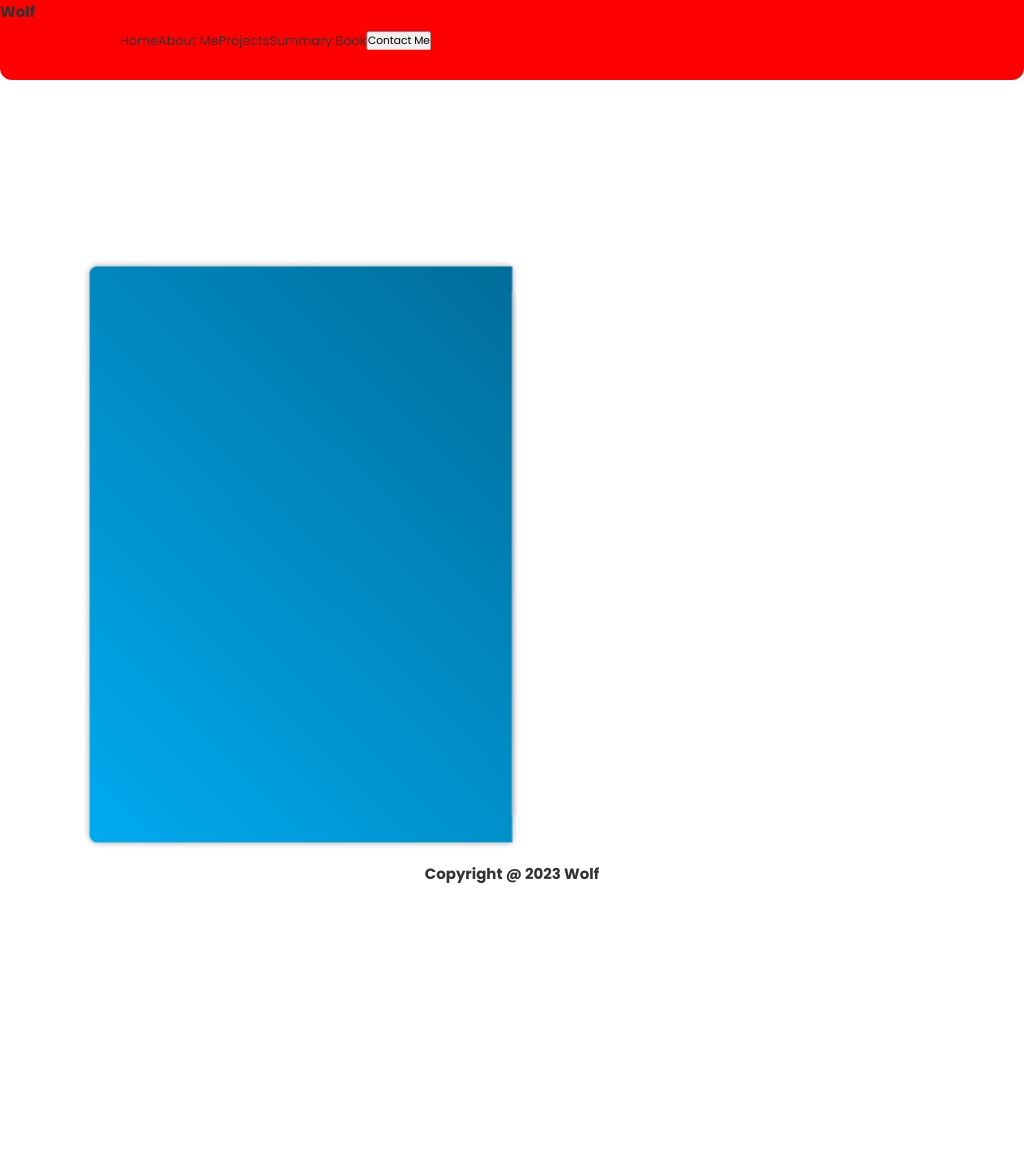
Repository: Ego-Wolf/Portfolio
Page: index.html
The author's editor kept a copy of each file at every save. The page is drawn from the files as they stood at one save, then again after the next save.
The browser window is 1280 px wide. The pictures show the whole page, at 80% of full size.
Pictures or frames that could not be fetched are drawn as grey boxes.

Above is the page before, as saved 2023-12-14 16:32:30.

After the next save:
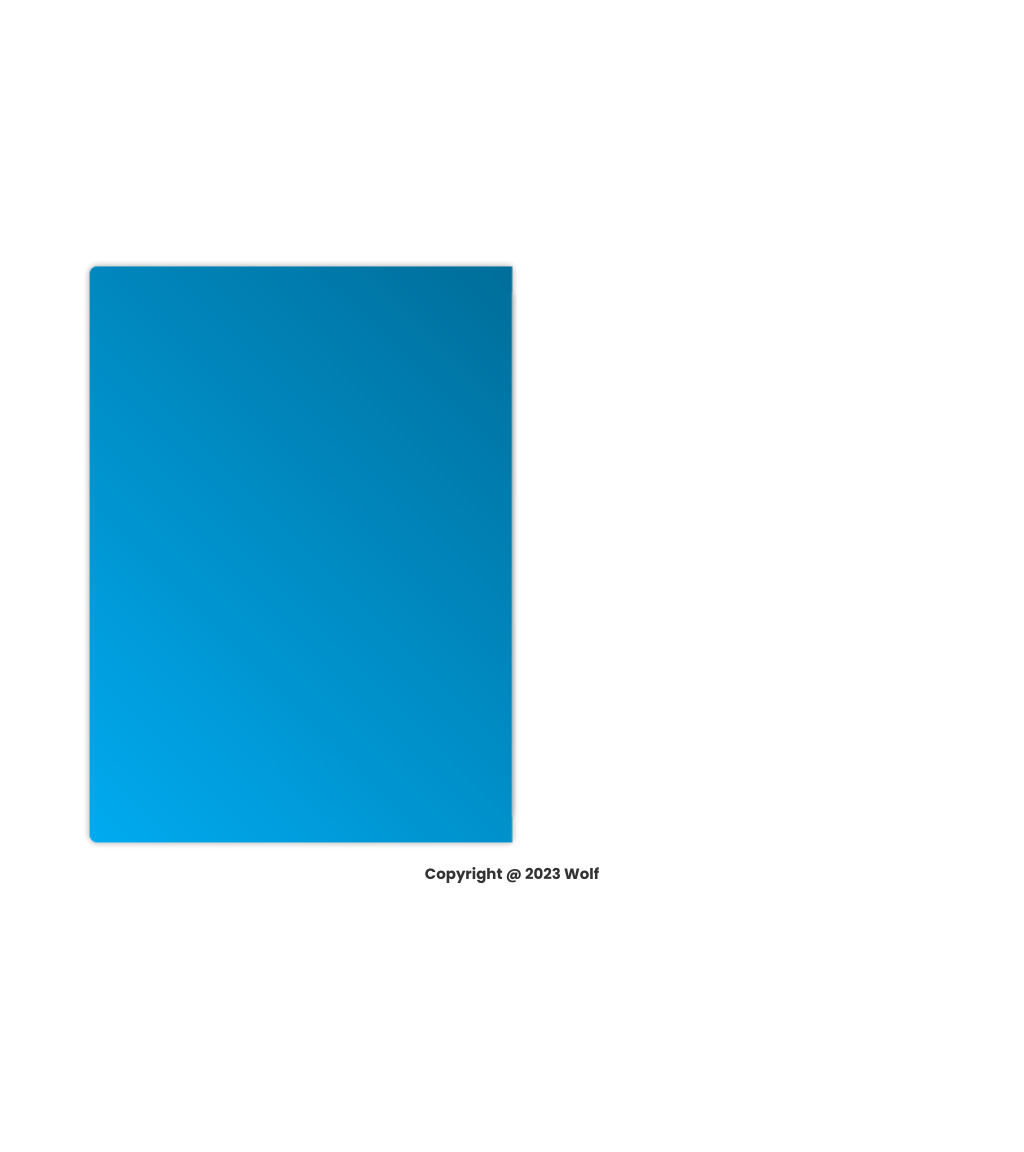
Saved 38 s later.
--- a/index.html
+++ b/index.html
@@ -16,7 +16,7 @@
 <body>
     <div class="section">
         <!-- Header -->
-        <div class="header">
+        <!-- <div class="header">
             <img src="" alt=""><h3>Wolf</h3>
             <ul>
                 <li>Home</li>
@@ -25,7 +25,7 @@
                 <li>Summary Book</li>
                 <li><button>Contact Me</button></li>
             </ul>
-        </div>
+        </div> -->
 
         <!-- Book section -->
         <div class="wrapper">
